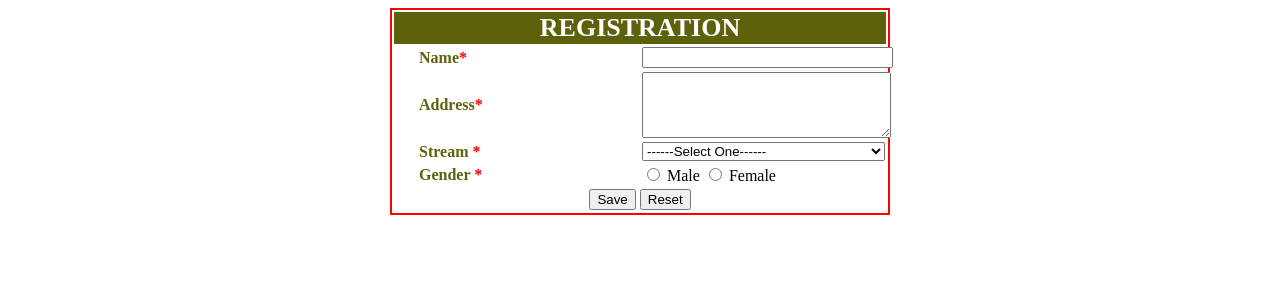
Repository: nsbgit/JavaTutorial
Page: http://localhost/Proj/
These files come from the project's save history. The page is drawn as it stood at one moment and after the next save; the edit follows.
The browser window is 1280 px wide. The pictures show the whole page.
The page is served by Tomcat 9.

Above is the page before, as saved 2013-09-29 08:42:22.

After the next save:
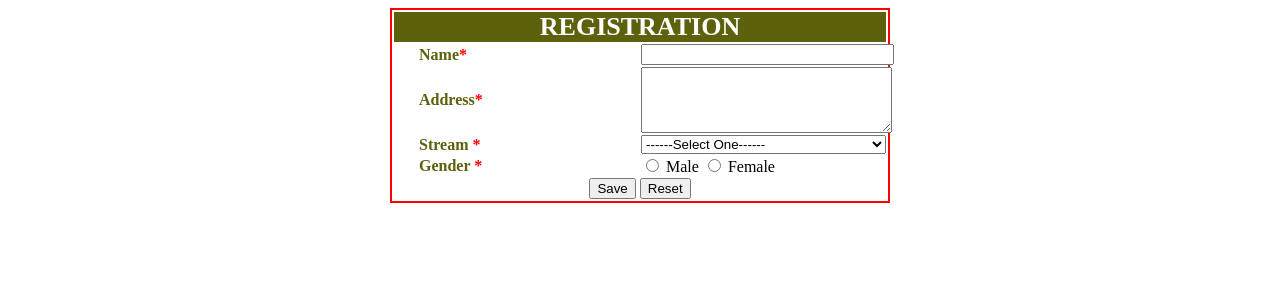
Saved 51 s later.
--- a/Webel/IDE/2013-09-29/TheSukanta/Proj/WebContent/first.jsp
+++ b/Webel/IDE/2013-09-29/TheSukanta/Proj/WebContent/first.jsp
@@ -27,7 +27,7 @@
 </style>
 </head>
 <body>
-	<table width="500px" align="center" class="tab">
+	<table width="500px" align="center" class="tab" border="0" cellpadding="0">
 		<tr>
 			<td align="center" colspan="2" class="hd"> REGISTRATION  </td>
 		</tr>
